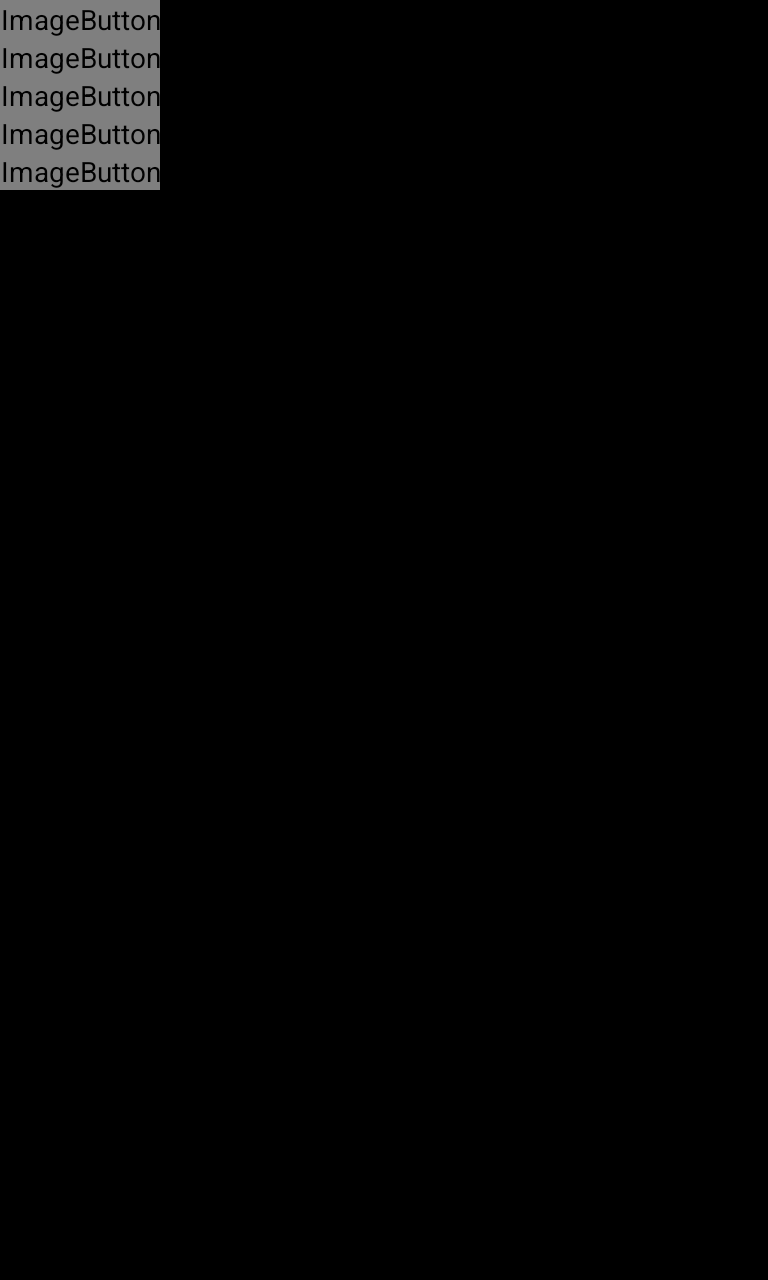
Repository: androportal/APL-apk
Layout: test/imagebuttons/res/layout/main.xml
An editor plug-in stored every save of this project. The layout is shown before and after the next save, followed by the edit.
Pictures or frames that could not be fetched are drawn as grey boxes. It is drawn on a 768 x 1280 px phone screen (xhdpi) without system bars, with theme android:Theme; the app's code is not run.

Above is the layout before, as saved 2012-05-21 17:53:29.

After the next save:
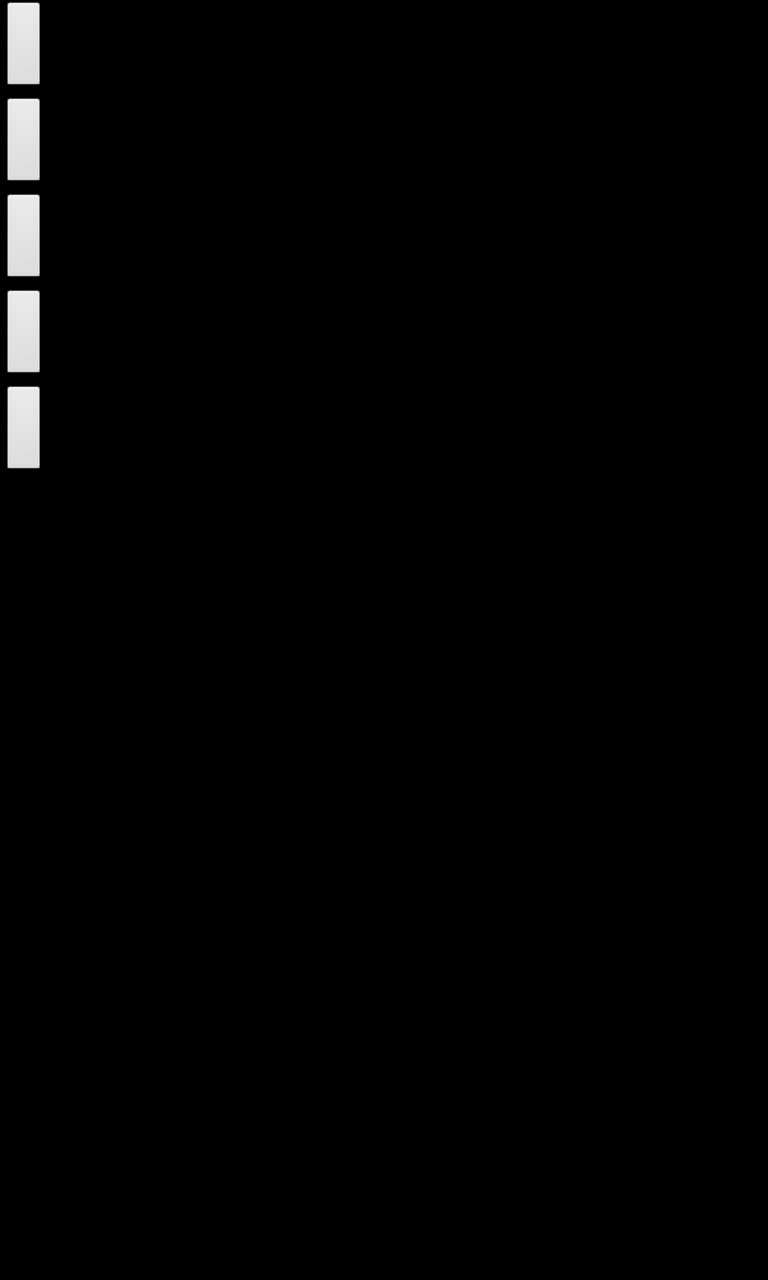
Saved 16 s later.
--- a/test/imagebuttons/res/drawable/i.xml
+++ b/test/imagebuttons/res/drawable/i.xml
@@ -7,9 +7,5 @@
      <item android:state_focused="true"
 
            android:drawable="@drawable/button_focussed" /> <!-- focused -->
-     <item android:drawable="@drawable/button_normal"/>
-
-
-
-
-</selector>
+     <item android:drawable="@drawable/button_normal"/> </item>
+     </selector>
